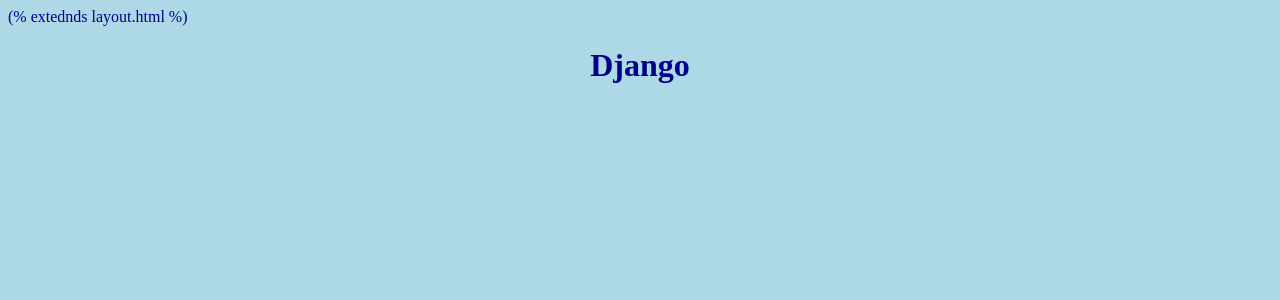
Repository: Trishna2005Das/Django-tutorial
Page: http://localhost/
The author's editor kept a copy of each file at every save. The page is drawn from the files as they stood at one save, then again after a run of saves.
The browser window is 1280 px wide. The pictures show the whole page.
The page is served by the project's application, run on Django 5.2 (tutorial/manage.py).

Above is the page before, as saved 2025-01-10 01:12:20.

After the next 2 saves:
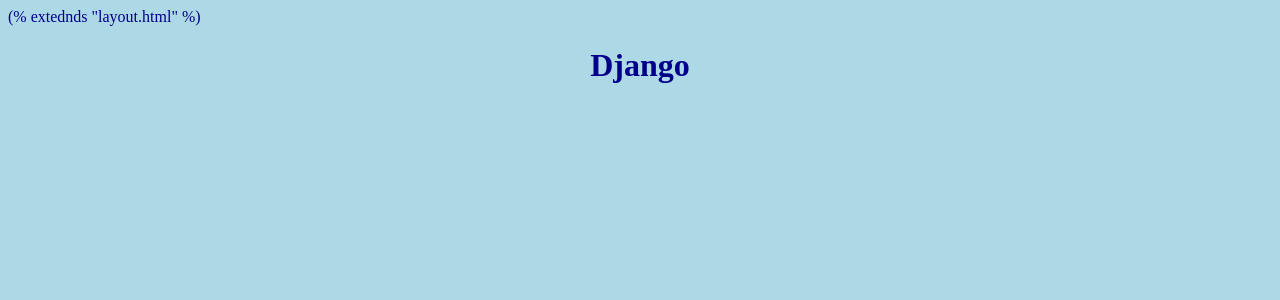
The 2 saves are shown as one change because they came seconds apart.
The last was saved 22 s later.
--- a/tutorial/templates/website/index.html
+++ b/tutorial/templates/website/index.html
@@ -1,5 +1,5 @@
 {% load static %}
-(% extednds layout.html %)
+(% extednds "layout.html" %)
 <!DOCTYPE html>
 <html lang="en">
 <head>
